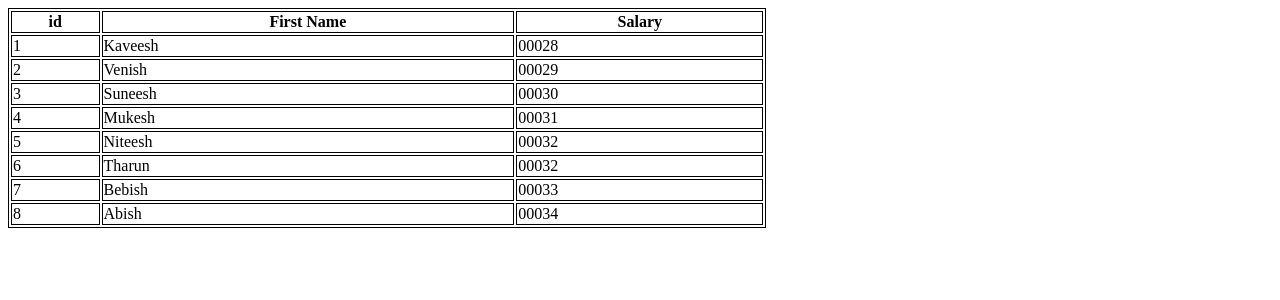
Repository: RaghavendraNallamalli/junit-and-spring
Page: http://localhost/SpringBootAssignments/views/assignment10.jsp
An editor plug-in stored every save of this project. The page is shown before and after the next save, followed by the edit.
The browser window is 1280 px wide. The pictures show the whole page.
The page is served by Tomcat 9. Other server files are loaded and not shown.

Above is the page before, as saved 2022-04-08 05:48:55.

### SpringBootAssignments/src/main/webapp/views/assignment10.jsp
<html>
    <head>
        <style>
            table,th,td{
                border: 1px solid black;
            }
        </style>
    </head>

    <body>
    <table style="width:60%">
    <tr>
        <th>id</th>
        <th>First Name</th>
        <th>Salary</th>
    </tr>
    <tr>
        <td>1</td>
        <td>Kaveesh</td>
        <td>00028</td>
    </tr>
    <tr>
         <td>2</td>
         <td>Venish</td>
         <td>00029</td>
    </tr>
    <tr>
        <td>3</td>
        <td>Suneesh</td>
        <td>00030</td>
   </tr>
   <tr>
    <td>4</td>
    <td>Mukesh</td>
    <td>00031</td>
   </tr>
   <tr>
    <td>5</td>
    <td>Niteesh</td>
    <td>00032</td>
    </tr>
    <tr>
        <td>6</td>
        <td>Tharun</td>
        <td>00032</td>
   </tr>
   <tr>
    <td>7</td>
    <td>Bebish</td>
    <td>00033</td>
   </tr>
   <tr>
    <td><font color="black">8</font></td>
    <td><font color="black">Abish</font></td>
    <td><font color="black">00034</font></td>
</tr>

   </table>
   </body>
   </html>

After the next save:
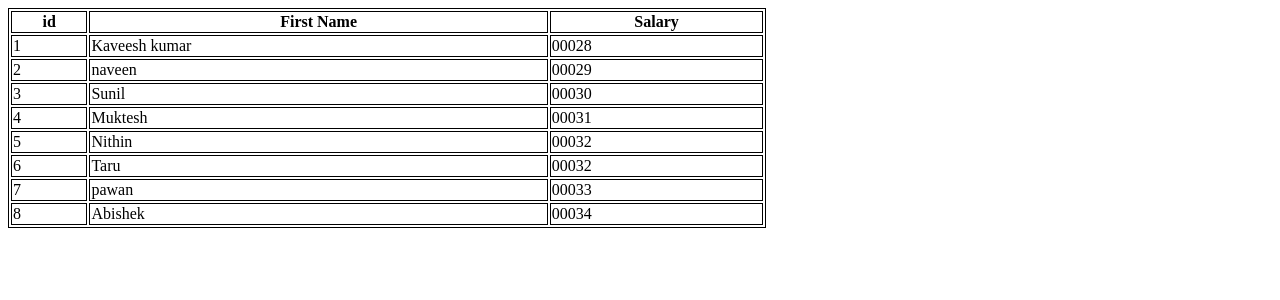
Saved 6 min 20 s later.
--- a/SpringBootAssignments/src/main/webapp/views/assignment10.jsp
+++ b/SpringBootAssignments/src/main/webapp/views/assignment10.jsp
@@ -16,42 +16,42 @@
     </tr>
     <tr>
         <td>1</td>
-        <td>Kaveesh</td>
+        <td>Kaveesh kumar</td>
         <td>00028</td>
     </tr>
     <tr>
          <td>2</td>
-         <td>Venish</td>
+         <td>naveen</td>
          <td>00029</td>
     </tr>
     <tr>
         <td>3</td>
-        <td>Suneesh</td>
+        <td>Sunil</td>
         <td>00030</td>
    </tr>
    <tr>
     <td>4</td>
-    <td>Mukesh</td>
+    <td>Muktesh</td>
     <td>00031</td>
    </tr>
    <tr>
     <td>5</td>
-    <td>Niteesh</td>
+    <td>Nithin</td>
     <td>00032</td>
     </tr>
     <tr>
         <td>6</td>
-        <td>Tharun</td>
+        <td>Taru</td>
         <td>00032</td>
    </tr>
    <tr>
     <td>7</td>
-    <td>Bebish</td>
+    <td>pawan</td>
     <td>00033</td>
    </tr>
    <tr>
     <td><font color="black">8</font></td>
-    <td><font color="black">Abish</font></td>
+    <td><font color="black">Abishek</font></td>
     <td><font color="black">00034</font></td>
 </tr>
 
